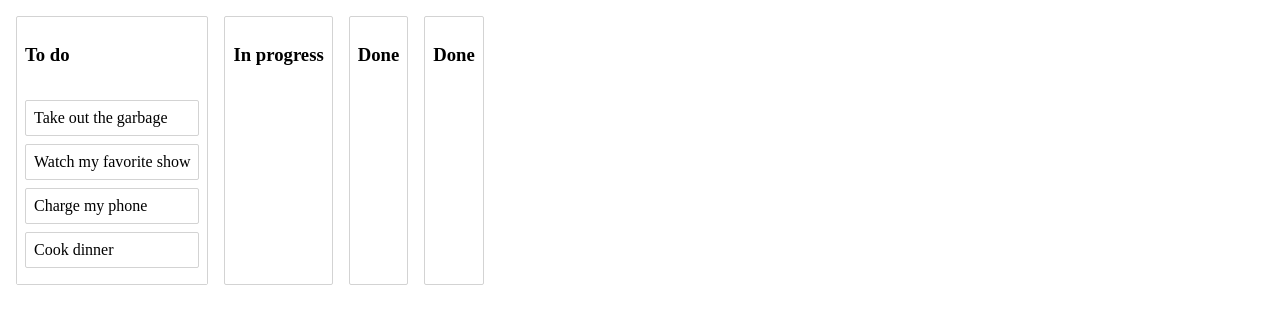
Repository: akiachenise/akiachenise.github.io
Page: / (app in JackboxGames_TierList_vanilla/tier-ranking/tier-list-app/)
These files come from the project's save history. The page is drawn as it stood at one moment and after the next save; the edit follows.
The browser window is 1280 px wide. The pictures show the whole page.
The project was rebuilt for these pictures with package versions that can differ from the ones it lists, and the page was loaded fresh each time.

Above is the page before, as saved 2022-11-29 19:58:18.

### JackboxGames_TierList_vanilla/tier-ranking/tier-list-app/src/index.js
import React from 'react';
import ReactDOM from 'react-dom';
import '@atlaskit/css-reset';
import styled from 'styled-components';
import { DragDropContext } from 'react-beautiful-dnd';
import Column from './column'
import initialData from './initial-data';

const Container = styled.div`
  display: flex;
`


class App extends React.Component {
  state = initialData

  onDragStart = () => {
    document.body.style.color = 'orange';
    document.body.style.transition = 'background-color 0.2s ease';
  }

  onDragUpdate = update => {
    const { destination } = update;
    const opacity = destination
      ? destination.index /Object.keys(this.state.tasks).length
      : 0;
    document.body.style.backgroundColor = `rgba(153, 141, 217, ${opacity})`
  }

  onDragEnd = result => {
    const {destination, source, draggableId } = result;

    if(!destination) {
      return;
    }

    if (destination.droppableId === source.droppableId && destination.index === source.index) {
      return;
    }

    const column = this.state.columns[source.droppableId];
    const newTaskIds = Array.from(column.taskIds);
    newTaskIds.splice(source.index, 1);
    newTaskIds.splice(destination.index, 0, draggableId);

    const newColumn = {
      ...column,
      taskIds: newTaskIds,
    };

    const newState = {
      ...this.state,
      columns: {
        ...this.state.columns,
        [newColumn.id]: newColumn,
      },
    };

    this.setState(newState);
  }
  render() {
    return (

      <DragDropContext onDragEnd={this.onDragEnd}>
      <Container>
        {this.state.columnOrder.map(columnId => {
          const column = this.state.columns[columnId];
          const tasks = column.taskIds.map(taskId => this.state.tasks[taskId]);

          return <Column key={column.id} column={column} tasks={tasks} />;
        })}
      </Container>
    </DragDropContext>
    );
  }
}

ReactDOM.render(<App />, document.getElementById('root'));

### JackboxGames_TierList_vanilla/tier-ranking/tier-list-app/src/column.js
import React from 'react';
import styled from 'styled-components';
import { Droppable } from 'react-beautiful-dnd';
import Task from './task';

const Container = styled.div`
  margin: 8px;
  border: 1px solid lightgrey;
  border-radius: 2px;
`;
const Title = styled.h3`
  padding: 8px;
`;
const TaskList = styled.div`
  padding: 8px;
  background-color: ${props => (props.isDraggingOver ? 'blue' : 'white')};
`;

export default class Column extends React.Component {
  render() {
    return (
      <Container>
        <Title>{this.props.column.title}</Title>
        <Droppable droppableId={this.props.column.id}>
          {(provided, snapshot) =>
            <TaskList
              ref={provided.innerRef}
              {...provided.droppableProps}
              isDraggingOver={snapshot.isDraggingOver}
            >
              {this.props.tasks.map((task, index) => (
                <Task key={task.id} task={task} index={index} />
              ))}
              {provided.placeholder}
            </TaskList>
          }
        </Droppable>
      </Container>
    );
  }
}

### JackboxGames_TierList_vanilla/tier-ranking/tier-list-app/src/initial-data.js
const initialData = {
    tasks: {
      'task-1': { id: 'task-1', content: 'Take out the garbage' },
      'task-2': { id: 'task-2', content: 'Watch my favorite show' },
      'task-3': { id: 'task-3', content: 'Charge my phone' },
      'task-4': { id: 'task-4', content: 'Cook dinner' },
    },
    columns: {
      'column-1': {
        id: 'column-1',
        title: 'To do',
        taskIds: ['task-1', 'task-2', 'task-3', 'task-4'],
      },
      'column-2': {
        id: 'column-2',
        title: 'In progress',
        taskIds: [],
      },
      'column-3': {
        id: 'column-3',
        title: 'Done',
        taskIds: [],
      },
      'column-4': {
        id: 'column-4',
        title: 'Done',
        taskIds: [],
      }
    },
    // Facilitate reordering of the columns
    columnOrder: [ 'column-1', 'column-2', 'column-3', 'column-4']
  };

  export default initialData;

### JackboxGames_TierList_vanilla/tier-ranking/tier-list-app/src/task.jsx
import React from 'react';
import styled from 'styled-components';
import { Draggable } from 'react-beautiful-dnd';

const Container = styled.div`
  border: 1px solid lightgrey;
  border-radius: 2px;
  padding: 8px;
  margin-bottom: 8px;
  background-color: ${props => (props.isDragging ? 'lightGreen' : 'white')};
`;

export default class Task extends React.Component {
  render() {
    return (
    <Draggable draggableId={this.props.task.id} index={this.props.index}>
      {(provided, snapshot) => (
        <Container
          {...provided.draggableProps}
          {...provided.dragHandleProps}
          ref={provided.innerRef}
          isDragging={snapshot.isDragging}
        >
          {this.props.task.content}
        </Container>
      )}
    </Draggable>
    );
  }
}

Loaded but not shown: JackboxGames_TierList_vanilla/tier-ranking/tier-list-app/public/index.html (common file)

After the next save:
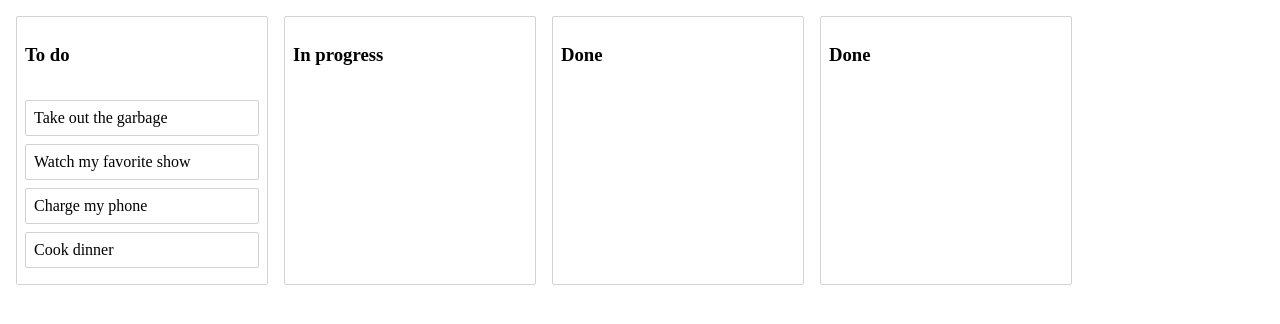
Saved 62 s later.
--- a/JackboxGames_TierList_vanilla/tier-ranking/tier-list-app/src/column.js
+++ b/JackboxGames_TierList_vanilla/tier-ranking/tier-list-app/src/column.js
@@ -7,6 +7,7 @@ const Container = styled.div`
   margin: 8px;
   border: 1px solid lightgrey;
   border-radius: 2px;
+  width: 250px;
 `;
 const Title = styled.h3`
   padding: 8px;
